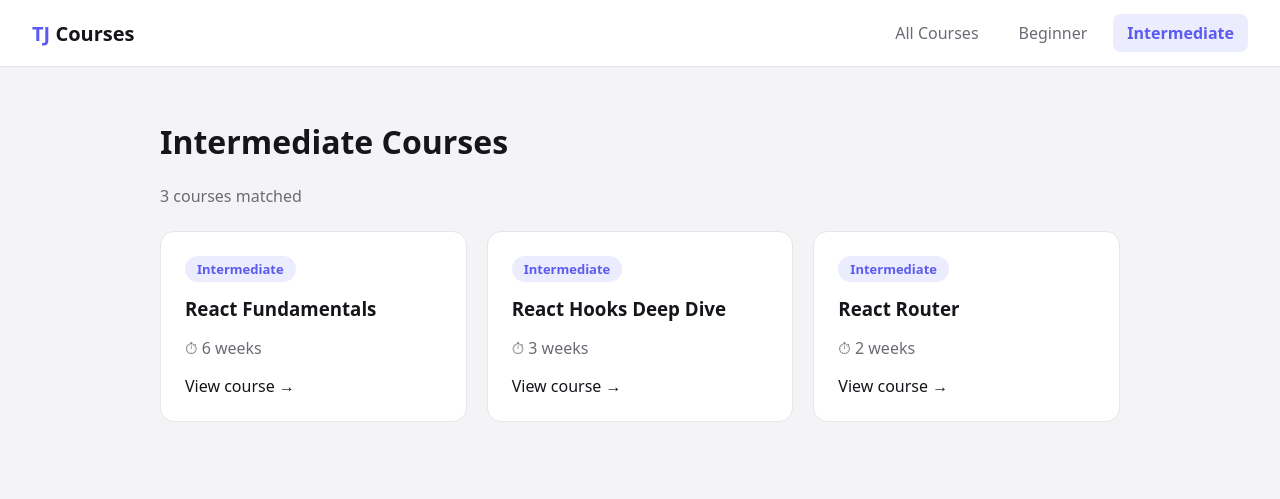
Repository: Daki-builds/Course-Catalog
Page: /category/Intermediate
An editor plug-in stored every save of this project. The page is shown before and after the next save, followed by the edit.
The browser window is 1280 px wide. The pictures show the whole page.
The project was rebuilt for these pictures with package versions that can differ from the ones it lists, and the page was loaded fresh each time. Also part of the build but not shown: vite.config.js, src/Pages/Home.jsx, src/Pages/CourseDetail.jsx, src/Pages/NotFound.jsx.

Above is the page before, as saved 2026-11-04 11:52:07.

### index.html
<!doctype html>
<html lang="en">
  <head>
    <meta charset="UTF-8" />
    <link rel="icon" type="image/svg+xml" href="/favicon.svg" />
    <meta name="viewport" content="width=device-width, initial-scale=1.0" />
    <title>week-11</title>
  </head>
  <body>
    <div id="root"></div>
    <script type="module" src="/src/main.jsx"></script>
  </body>
</html>

### src/main.jsx
import React from "react";
import ReactDOM from "react-dom/client";
import { BrowserRouter } from "react-router-dom";
import App from "./App.jsx";
import "./index.css";

ReactDOM.createRoot(document.getElementById("root")).render(
  <React.StrictMode>
    <BrowserRouter>
      <App />
    </BrowserRouter>
  </React.StrictMode>,
);

### src/App.jsx
import { Routes, Route } from "react-router-dom";
import Navbar from "./components/Navbar";
import Home from "./pages/Home";
import CourseDetail from "./pages/CourseDetail";
import Category from "./pages/Category";
import NotFound from "./pages/NotFound";

export default function App() {
  return (
    <>
      <Navbar />
      <main className="container">
        <Routes>
          <Route path="/" element={<Home />} />
          <Route path="/courses/:slug" element={<CourseDetail />} />
          <Route path="/category/:category" element={<Category />} />
          <Route path="*" element={<NotFound />} />
        </Routes>
      </main>
    </>
  );
}

### src/index.css
* {
  box-sizing: border-box;
}

body {
  margin: 0;
  font-family: system-ui, sans-serif;
  background: #f4f4f6;
  color: #15151a;
}

.container {
  max-width: 1000px;
  margin: 0 auto;
  padding: 32px 20px;
}

/* Navbar */
.navbar {
  display: flex;
  align-items: center;
  gap: 12px;
  padding: 14px 32px;
  background: #fff;
  border-bottom: 1px solid #e5e5ea;
}
.logo {
  font-weight: 800;
  font-size: 20px;
  color: #5b5bf0;
  text-decoration: none;
  margin-right: auto;
}
.logo span {
  color: #15151a;
}
.nav-link {
  padding: 8px 14px;
  border-radius: 8px;
  text-decoration: none;
  color: #6b6b76;
}
.nav-link:hover {
  background: #f4f4f6;
}
.nav-link.active {
  background: #ececff;
  color: #5b5bf0;
  font-weight: 600;
}

/* Cards */
.grid {
  display: grid;
  grid-template-columns: repeat(auto-fill, minmax(260px, 1fr));
  gap: 20px;
  margin-top: 24px;
}
.card {
  background: #fff;
  border: 1px solid #e5e5ea;
  border-radius: 14px;
  padding: 24px;
  text-decoration: none;
  color: inherit;
  transition:
    transform 0.15s,
    box-shadow 0.15s;
}
.card:hover {
  transform: translateY(-3px);
  box-shadow: 0 8px 20px rgba(0, 0, 0, 0.08);
}
.card h3 {
  margin: 14px 0 8px;
}

/* Badges */
.badge {
  display: inline-block;
  padding: 4px 12px;
  border-radius: 999px;
  font-size: 13px;
  font-weight: 600;
  background: #e3f7e8;
  color: #1a7f37;
}
.badge.intermediate {
  background: #ececff;
  color: #5b5bf0;
}

.muted {
  color: #6b6b76;
}

/* Detail page */
.panel {
  background: #fff;
  border: 1px solid #e5e5ea;
  border-radius: 14px;
  padding: 24px;
  line-height: 1.7;
}
.topics {
  list-style: none;
  padding: 0;
}
.topics li {
  background: #fff;
  border: 1px solid #e5e5ea;
  border-radius: 10px;
  padding: 14px 18px;
  margin-bottom: 10px;
}

/* Buttons */
.btn,
.btn-outline {
  display: inline-block;
  padding: 12px 24px;
  border-radius: 8px;
  font-size: 16px;
  cursor: pointer;
  text-decoration: none;
}
.btn {
  background: #5b5bf0;
  color: #fff;
  border: none;
}
.btn:hover {
  background: #4a4ad8;
}
.btn-outline {
  background: #fff;
  border: 1px solid #e5e5ea;
}
.btn-outline:hover {
  background: #f4f4f6;
}

.center {
  text-align: center;
  padding: 60px 0;
}

### src/Components/Navbar.jsx
import { Link, NavLink } from "react-router-dom";

export default function Navbar() {
  const linkClass = ({ isActive }) =>
    isActive ? "nav-link active" : "nav-link";

  return (
    <nav className="navbar">
      <Link to="/" className="logo">
        TJ <span>Courses</span>
      </Link>
      <NavLink to="/" end className={linkClass}>
        All Courses
      </NavLink>
      <NavLink to="/category/Beginner" className={linkClass}>
        Beginner
      </NavLink>
      <NavLink to="/category/Intermediate" className={linkClass}>
        Intermediate
      </NavLink>
    </nav>
  );
}

### src/Pages/Category.jsx
import { useParams, Link } from "react-router-dom";
import { courses } from "../data/courses";
import CourseCard from "../components/CourseCard";

export default function Category() {
  const { category } = useParams();
  const matched = courses.filter(
    (c) => c.category.toLowerCase() === category.toLowerCase(),
  );

  if (matched.length === 0) {
    return (
      <div className="center">
        <h1>No courses found</h1>
        <p className="muted">There are no courses in "{category}".</p>
        <Link to="/" className="btn">
          ← Back to all courses
        </Link>
      </div>
    );
  }

  const heading = matched[0].category;

  return (
    <>
      <h1>{heading} Courses</h1>
      <p className="muted">
        {matched.length} {matched.length === 1 ? "course" : "courses"} matched
      </p>
      <div className="grid">
        {matched.map((c) => (
          <CourseCard key={c.slug} course={c} />
        ))}
      </div>
    </>
  );
}

### src/data/courses.js
export const courses = [
  {
    id: 1,
    slug: "html-css-fundamentals",
    title: "HTML & CSS Fundamentals",
    category: "Beginner",
    duration: "4 weeks",
    description:
      "Learn the building blocks of every website. You will understand how browsers read HTML structure and how CSS turns raw markup into a polished, responsive layout.",
    topics: [
      "HTML document structure",
      "CSS selectors and specificity",
      "The box model",
      "Flexbox",
      "Responsive design with media queries",
    ],
  },
  {
    id: 2,
    slug: "javascript-basics",
    title: "JavaScript Basics",
    category: "Beginner",
    duration: "5 weeks",
    description:
      "Write your first real programs. This course covers the core language features every JavaScript developer uses daily, from variables and loops to working with the DOM.",
    topics: [
      "Variables, data types, and operators",
      "Functions and scope",
      "Arrays and objects",
      "DOM selection and manipulation",
      "Event listeners",
    ],
  },
  {
    id: 3,
    slug: "async-javascript",
    title: "Async JavaScript",
    category: "Beginner",
    duration: "2 weeks",
    description:
      "Understand how JavaScript handles tasks that take time — like fetching data from an API. You will learn callbacks, Promises, and the async/await syntax.",
    topics: [
      "The call stack and event loop",
      "Callbacks",
      "Promises",
      "async / await",
      "Fetching data with the Fetch API",
    ],
  },
  {
    id: 4,
    slug: "react-fundamentals",
    title: "React Fundamentals",
    category: "Intermediate",
    duration: "6 weeks",
    description:
      "Build interactive UIs with React. You will learn how to think in components, manage state, pass data with props, and run side effects with hooks.",
    topics: [
      "JSX and component structure",
      "Props",
      "useState",
      "useEffect",
      "Controlled inputs",
      "Conditional rendering",
    ],
  },
  {
    id: 5,
    slug: "react-hooks-deep-dive",
    title: "React Hooks Deep Dive",
    category: "Intermediate",
    duration: "3 weeks",
    description:
      "Go beyond useState. This course covers the hooks that experienced React developers reach for every day and teaches you when — and why — to use each one.",
    topics: [
      "useRef",
      "useContext",
      "useReducer",
      "useMemo and useCallback",
      "Building custom hooks",
    ],
  },
  {
    id: 6,
    slug: "react-router",
    title: "React Router",
    category: "Intermediate",
    duration: "2 weeks",
    description:
      "Add real page navigation to your React apps. You will set up multiple routes, navigate between pages without a reload, and build dynamic routes that change based on the URL.",
    topics: [
      "BrowserRouter, Routes, and Route",
      "Link and NavLink",
      "Dynamic routes with useParams",
      "Programmatic navigation with useNavigate",
      "Handling unknown routes",
    ],
  },
];

### src/Components/CourseCard.jsx
import { Link } from "react-router-dom";

export default function CourseCard({ course }) {
  return (
    <Link to={`/courses/${course.slug}`} className="card">
      <span className={`badge ${course.category.toLowerCase()}`}>
        {course.category}
      </span>
      <h3>{course.title}</h3>
      <p className="muted">⏱ {course.duration}</p>
      <span className="card-link">View course →</span>
    </Link>
  );
}

After the next save:
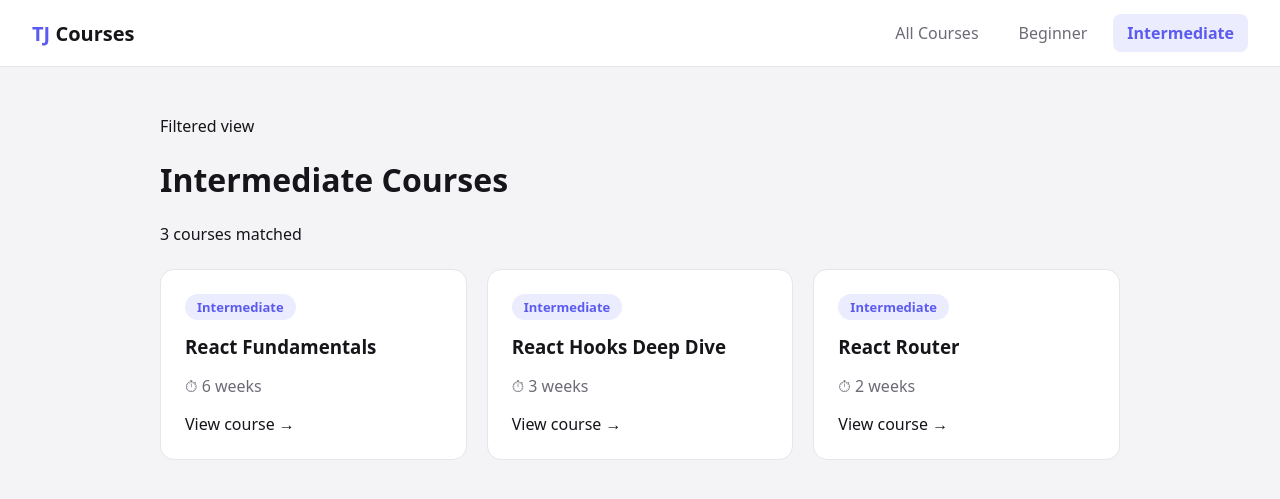
Saved 2 min 27 s later.
--- a/src/Pages/Category.jsx
+++ b/src/Pages/Category.jsx
@@ -11,7 +11,8 @@ export default function Category() {
   if (matched.length === 0) {
     return (
       <div className="center">
-        <h1>No courses found</h1>
+        <h1 className="big-404">404</h1>
+        <h2>No courses found</h2>
         <p className="muted">There are no courses in "{category}".</p>
         <Link to="/" className="btn">
           ← Back to all courses
@@ -23,16 +24,18 @@ export default function Category() {
   const heading = matched[0].category;
 
   return (
-    <>
-      <h1>{heading} Courses</h1>
-      <p className="muted">
+    <div className="category-page">
+      <p className="eyebrow">Filtered view</p>
+      <h1 className="category-title">{heading} Courses</h1>
+      <p className="category-count">
         {matched.length} {matched.length === 1 ? "course" : "courses"} matched
       </p>
+
       <div className="grid">
         {matched.map((c) => (
           <CourseCard key={c.slug} course={c} />
         ))}
       </div>
-    </>
+    </div>
   );
 }
